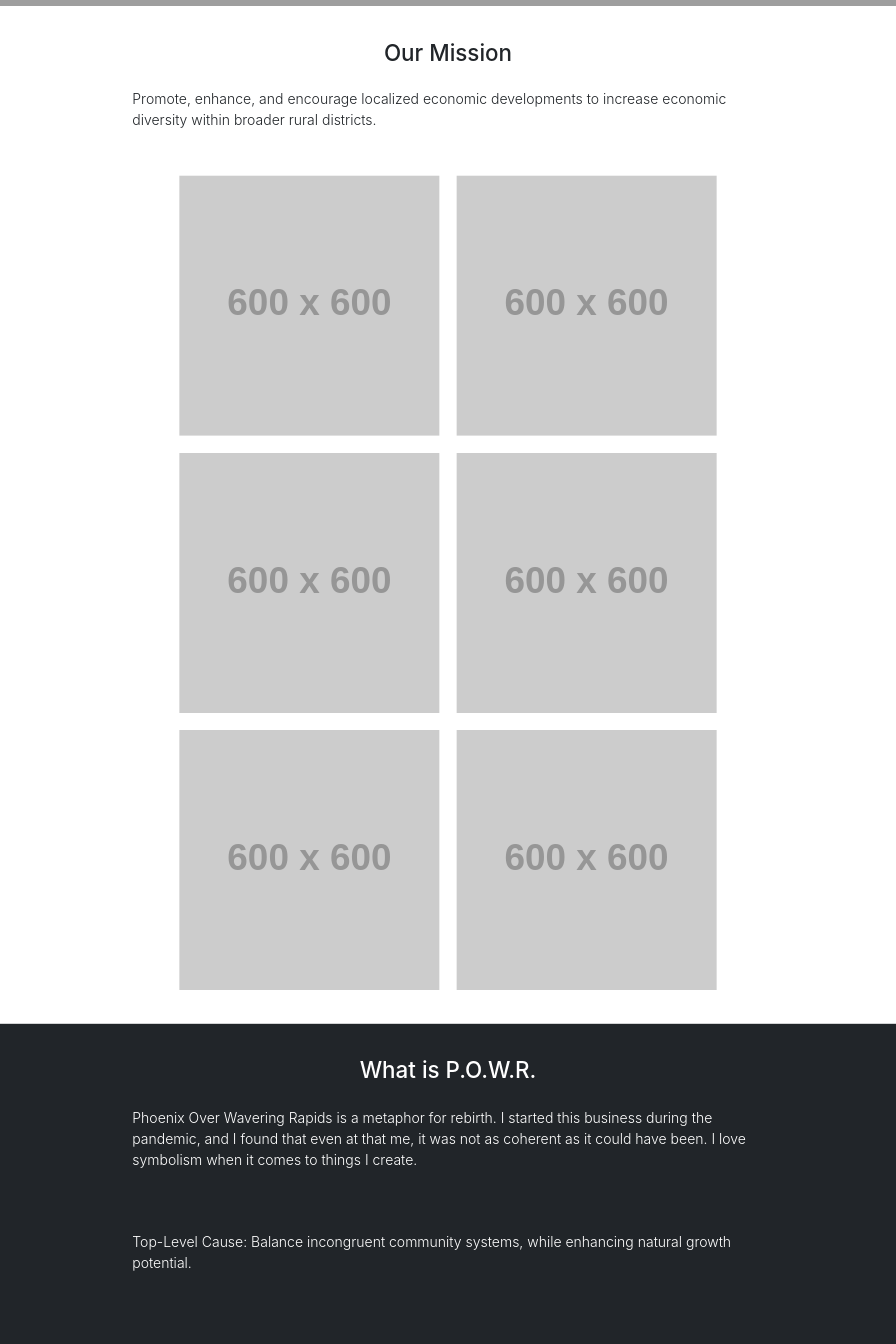
Repository: DragonFruit8/basic-website
Page: /
These files come from the project's save history. The page is drawn as it stood at one moment and after the next save; the edit follows.
The browser window is 1280 px wide. The pictures show the part of the page from y = 712 to 2632 px (the page is 3681 px tall before and 3099 px after), at 70% of full size.
Pictures or frames that could not be fetched are drawn as grey boxes. The project was rebuilt for these pictures with package versions that can differ from the ones it lists, and the page was loaded fresh each time. Also part of the build but not shown: src/Img/ProductImage.js, src/pages/ShopPage.js.

Above is the page before, as saved 2024-06-23 09:38:50.

After the next save:
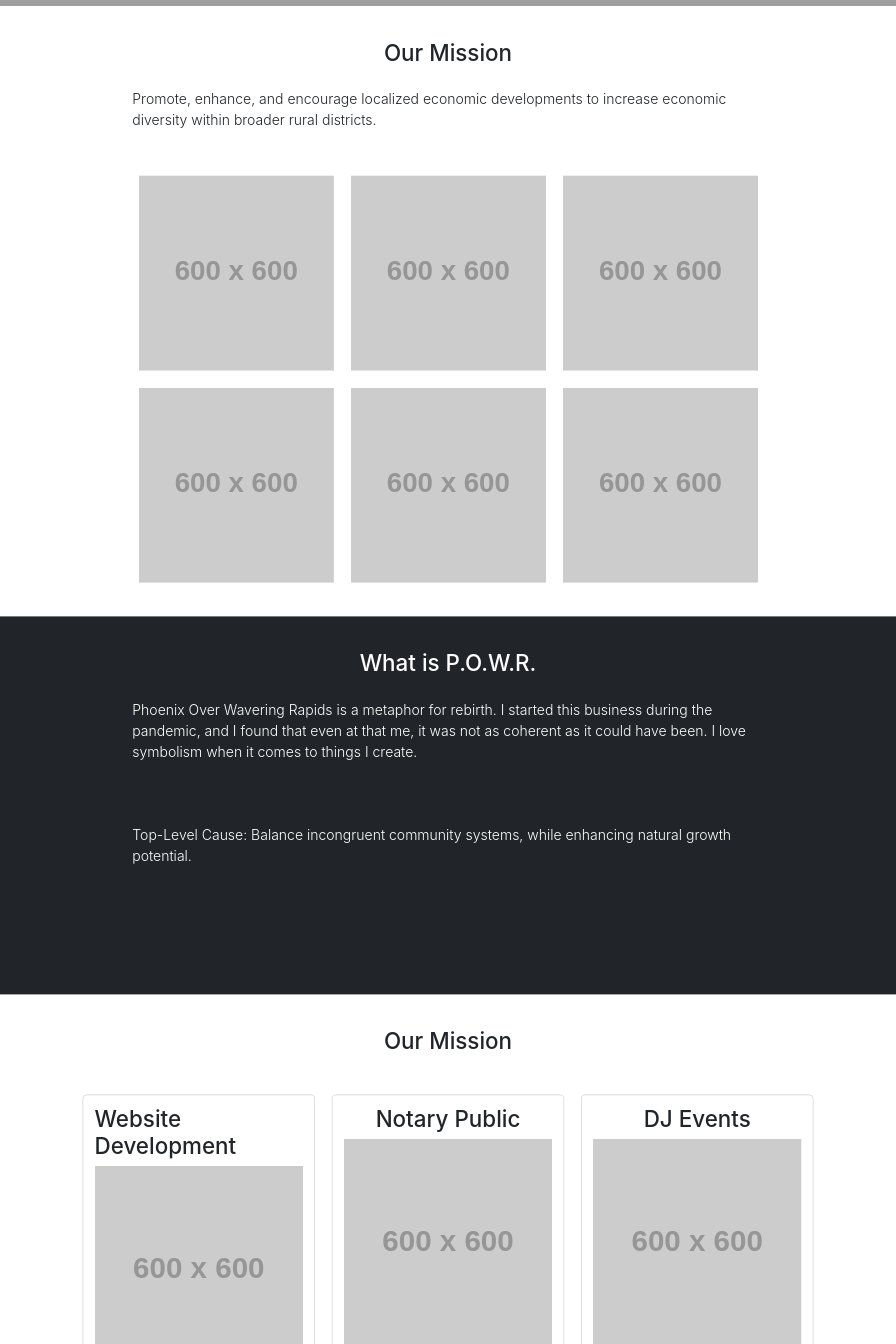
Saved 5 s later.
--- a/src/sections/MissionSec.js
+++ b/src/sections/MissionSec.js
@@ -13,22 +13,22 @@
 
           <div className="d-flex flex-wrap gap-4 justify-content-center">
             {/* Data Items .map + flex-wrap min-width */}
-                  <div className="col-4">
+                  <div className="col-3">
                   <img src="https://via.placeholder.com/600" alt="placeholder" className="img-fluid" />
                   </div>
-                  <div className="col-4">
+                  <div className="col-3">
                   <img src="https://via.placeholder.com/600" alt="placeholder" className="img-fluid" />
                   </div>
-                  <div className="col-4">
+                  <div className="col-3">
                   <img src="https://via.placeholder.com/600" alt="placeholder" className="img-fluid" />
                   </div>
-                  <div className="col-4">
+                  <div className="col-3">
                   <img src="https://via.placeholder.com/600" alt="placeholder" className="img-fluid" />
                   </div>
-                  <div className="col-4">
+                  <div className="col-3">
                   <img src="https://via.placeholder.com/600" alt="placeholder" className="img-fluid" />
                   </div>
-                  <div className="col-4">
+                  <div className="col-3">
                   <img src="https://via.placeholder.com/600" alt="placeholder" className="img-fluid" />
                   </div>
                               </div>
